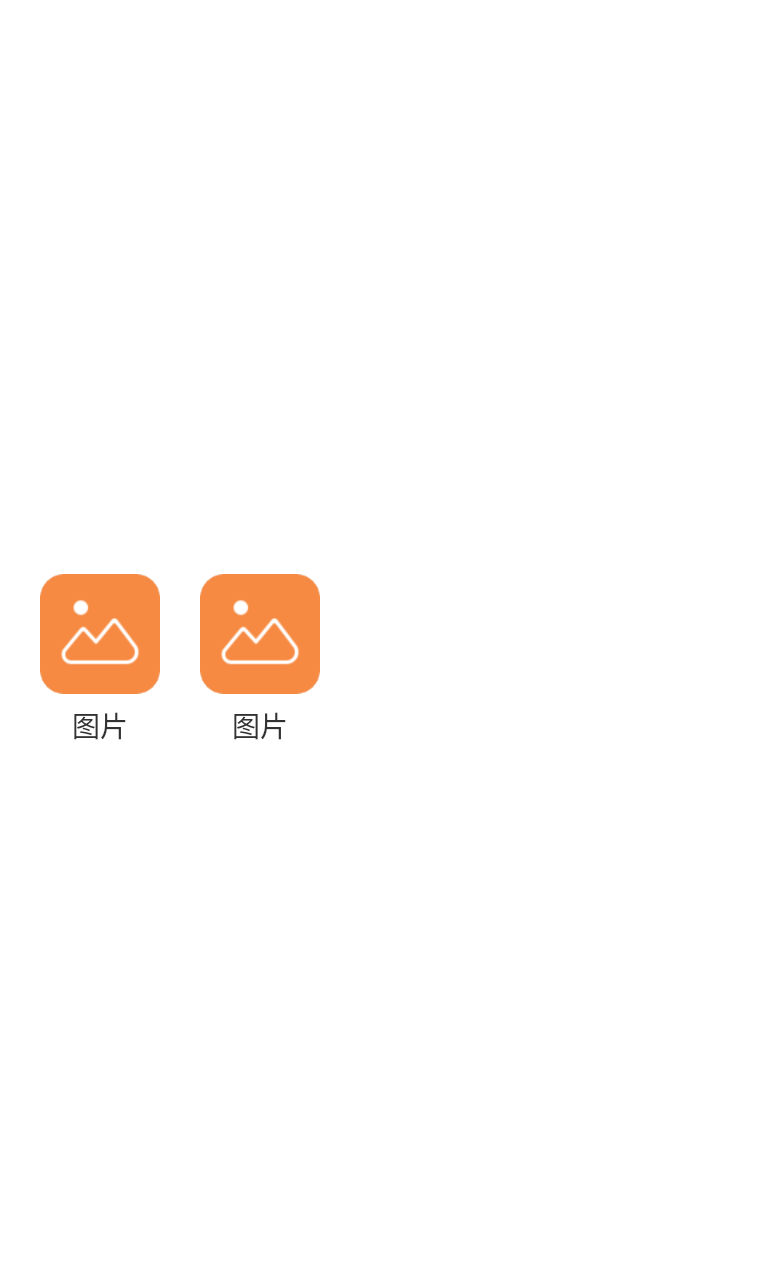
Repository: fanloveoupao/WecharTest
Layout: TestWechar/res/layout/send_file.xml
The author's editor kept a copy of each file at every save. The layout is drawn from the files as they stood at one save, then again after the next save.
It is drawn on a 768 x 1280 px phone screen (xhdpi) without system bars, with theme AppTheme; the app's code is not run.

Above is the layout before, as saved 2015-10-09 06:08:19.

After the next save:
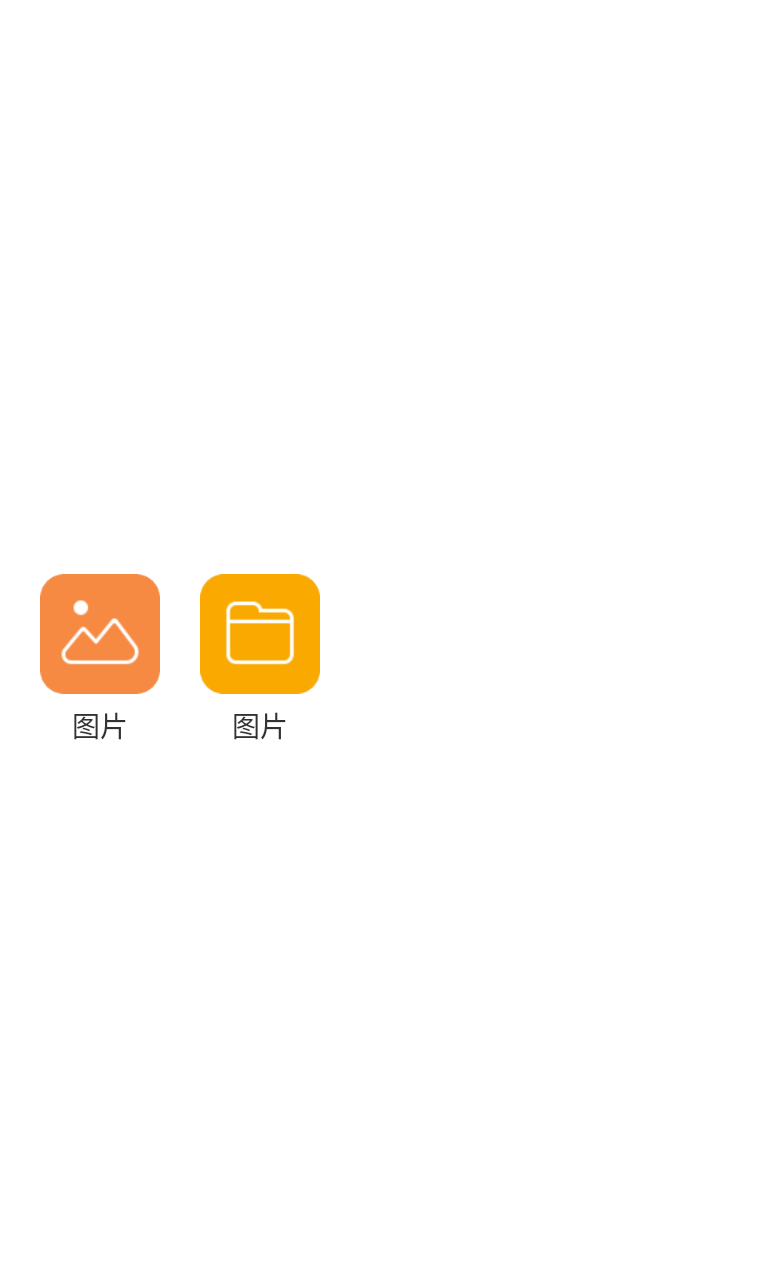
Saved 26 s later.
--- a/TestWechar/res/layout/send_file.xml
+++ b/TestWechar/res/layout/send_file.xml
@@ -38,13 +38,13 @@
         android:orientation="vertical" >
 
         <ImageView
-            android:id="@+id/send_photo"
+            android:id="@+id/send_file"
             android:layout_width="60dp"
             android:layout_height="60dp"
-            android:src="@drawable/photo" />
+            android:src="@drawable/file" />
 
         <TextView
-            android:id="@+id/text_photo"
+            android:id="@+id/text_file"
             android:layout_width="60dp"
             android:layout_height="wrap_content"
             android:layout_marginTop="5dp"
